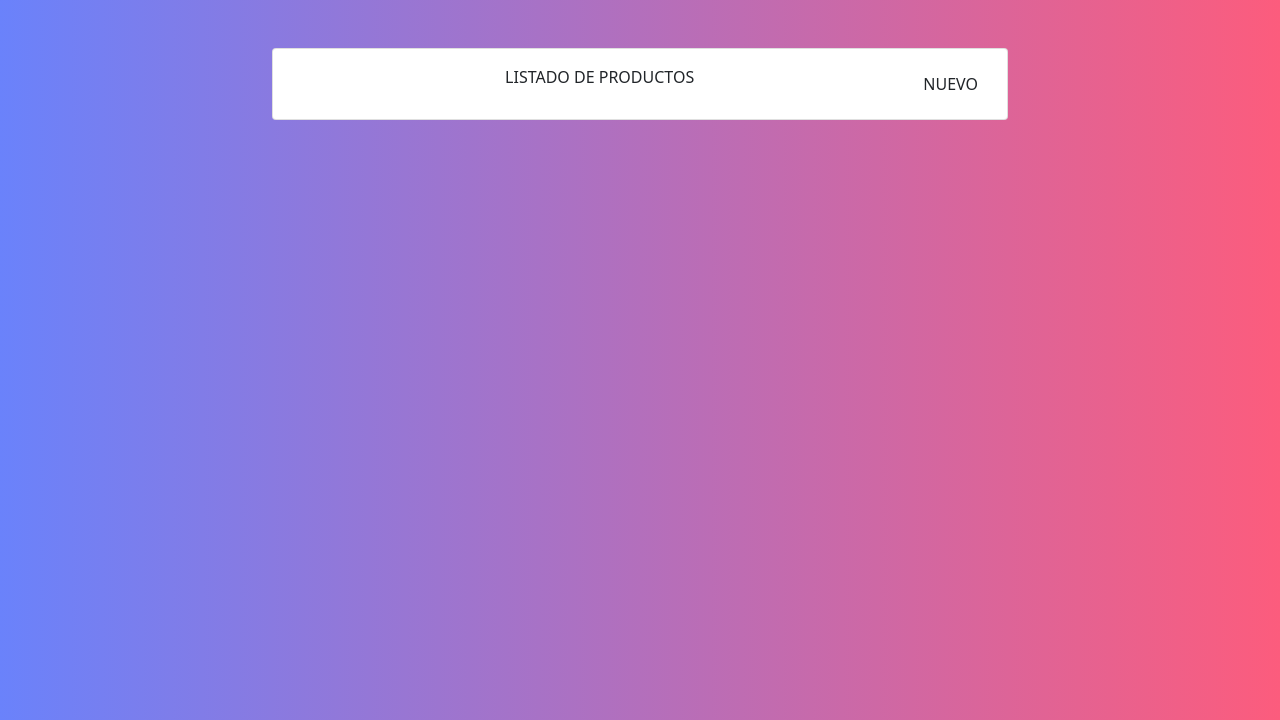
Repository: vivianaleivagalvez/crud_angular
Page: /
An editor plug-in stored every save of this project. The page is shown before and after the next save, followed by the edit.
The browser window is 1280 px wide. The pictures show the whole page.
The project was rebuilt for these pictures with package versions that can differ from the ones it lists, and the page was loaded fresh each time. Also part of the build but not shown: angular.json, src/app/components/crear-producto/crear-producto.component.ts.

Above is the page before, as saved 2022-01-26 23:59:28.

After the next save:
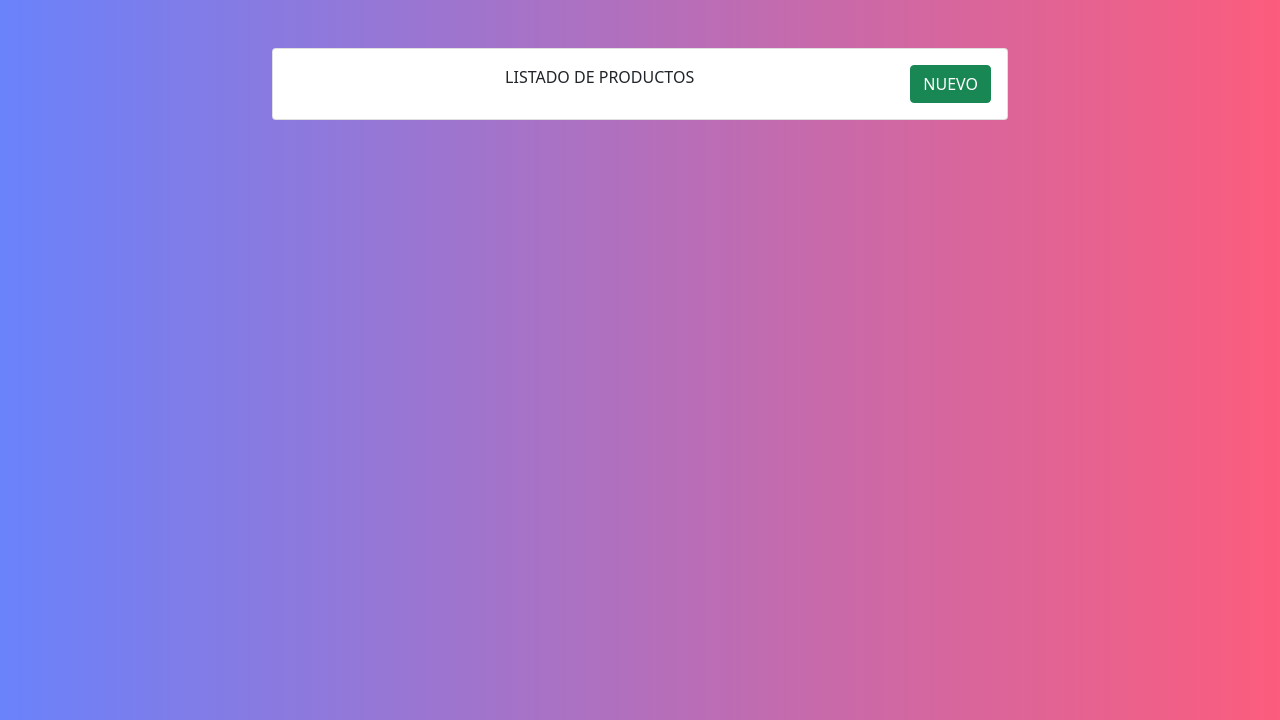
Saved 52 s later.
--- a/src/app/components/listar-productos/listar-productos.component.html
+++ b/src/app/components/listar-productos/listar-productos.component.html
@@ -4,7 +4,7 @@
       <div class="card">
         <div class="card-body text-center">
           <span>LISTADO DE PRODUCTOS</span>
-          <button class="btn btn-succes float-end">NUEVO</button>
+          <button class="btn btn-success float-end">NUEVO</button>
         </div>
       </div>
     </div>
